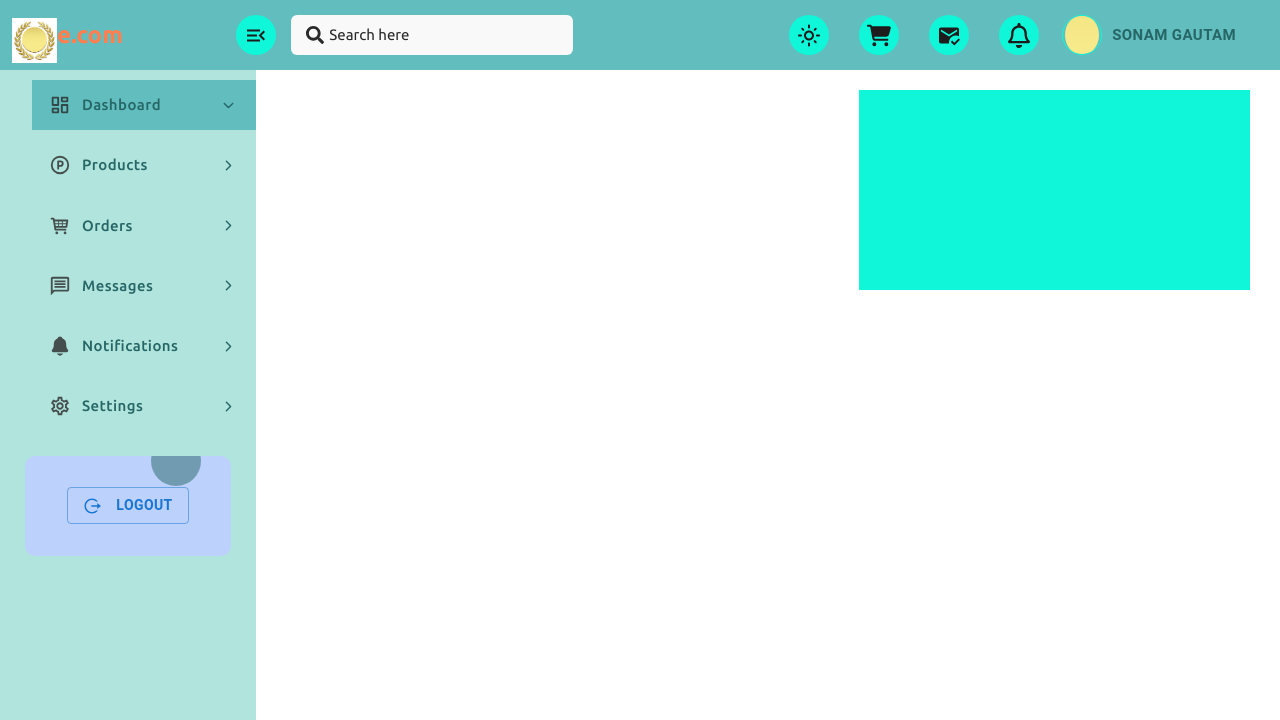
Repository: gautamsonam011/admin-react-dashboard
Page: /
These files come from the project's save history. The page is drawn as it stood at one moment and after the next save; the edit follows.
The browser window is 1280 px wide. The pictures show the whole page.
The project was rebuilt for these pictures with package versions that can differ from the ones it lists, and the page was loaded fresh each time.

Above is the page before, as saved 2025-04-16 12:54:08.

After the next save:
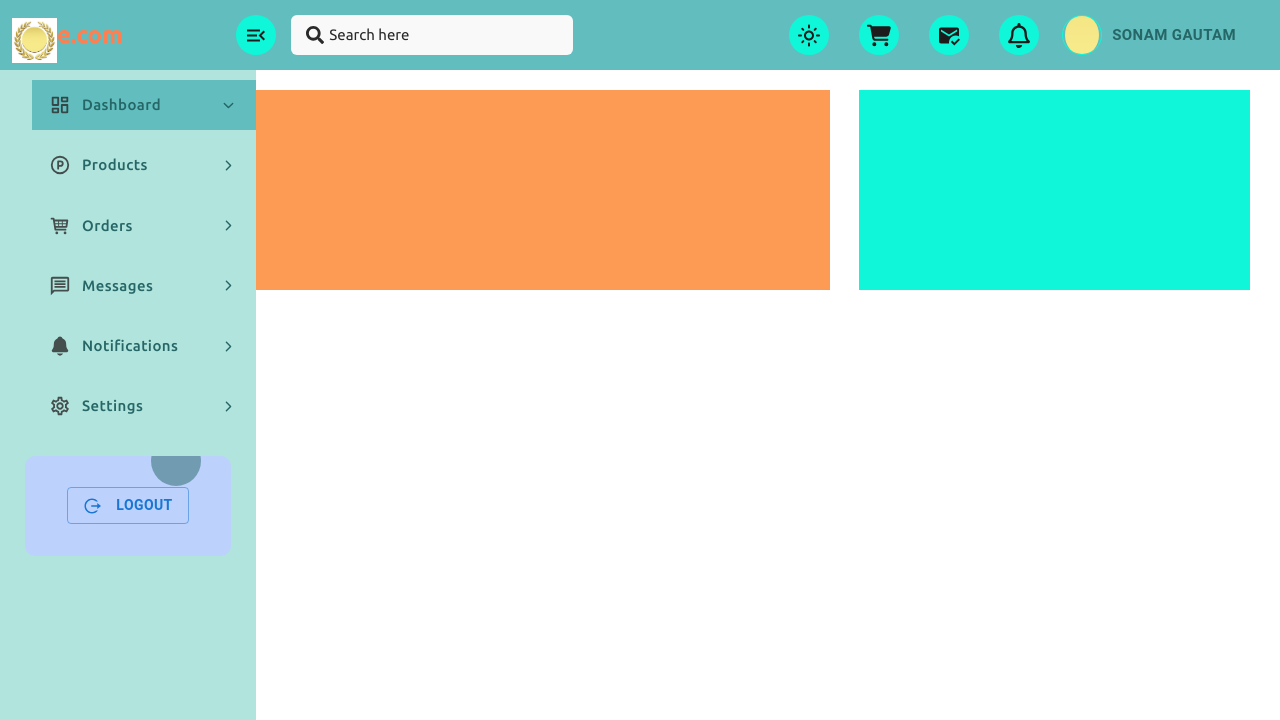
Saved 17 s later.
--- a/src/App.css
+++ b/src/App.css
@@ -94,5 +94,5 @@ position:relative; overflow:hidden;}
 .main .content{width:80%; flex: 0 0 80%;}
 .right-content{padding: 90px 30px;}
 .dashboardBoxWrapper{gap: 15px; width:100%; flex-wrap: wrap;}
-.dashboardBoxWrapper .dashboardBox{width:200px; height: 200px; background-color:rgb(253, 154, 83);}
+.dashboardBoxWrapper .dashboardBox{width:800px; height: 200px; background-color:rgb(253, 154, 83);}
 .dashboardBoxWrapperRow .box{width:100%; height: 100%; background:#0ff7d8;}
